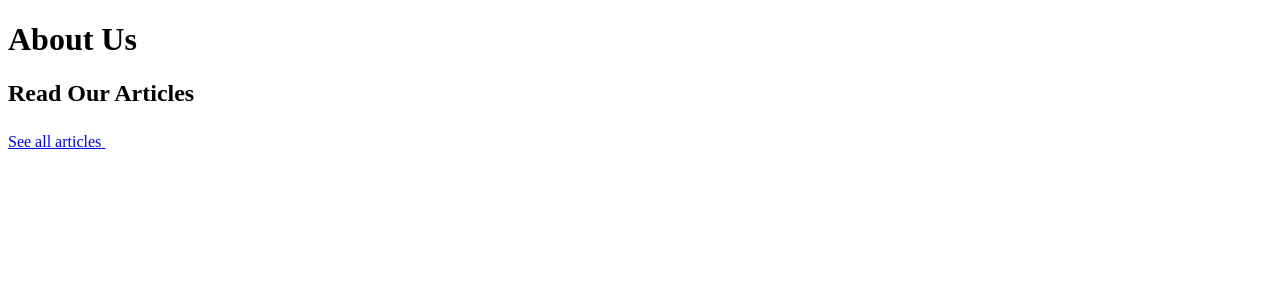
Repository: Meriem-MALKYA/PFA
Page: http://localhost/about/
An editor plug-in stored every save of this project. The page is shown before and after the next save, followed by the edit.
The browser window is 1280 px wide. The pictures show the whole page.
The page is served by the project's application, run on Django 5.2 (project/manage.py). Queries for data that is not in the repository find no rows.

Above is the page before, as saved 2024-06-25 22:22:53.

After the next save:
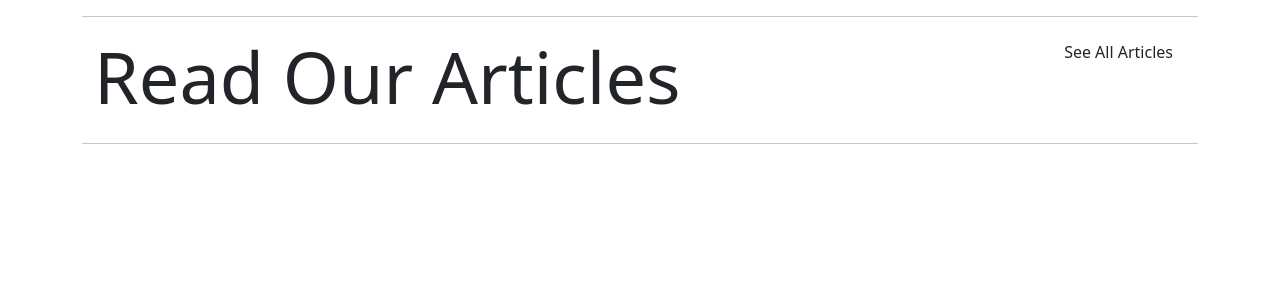
Saved 8 min 48 s later.
--- a/project/templates/about.html
+++ b/project/templates/about.html
@@ -1,47 +1,40 @@
-<!DOCTYPE html>
-<html lang="en">
-<head>
-    <meta charset="UTF-8">
-    <meta name="viewport" content="width=device-width, initial-scale=1.0">
-    <title>About Us</title>
-</head>
-<body>
-    <h1>About Us</h1>
-    <section id="latest-blog" class="padding-large">
-        <div class="container-fluid">
-            <div class="row">
-                <div class="col-md-12">
-                    <div class="display-header d-flex flex-wrap justify-content-between pb-3">
-                        <h2 class="display-2 text-dark text-capitalize">Read Our Articles</h2>
-                        <a href="{% url 'article_list' %}" class="btn btn-medium btn-arrow btn-normal position-relative">
-                            <span class="text-capitalize">See all articles</span>
-                            <svg class="arrow-right position-absolute" width="18" height="20">
-                                <use xlink:href="#arrow-right"></use>
-                            </svg>
-                        </a>
+{% extends 'base.html' %}
+{% block content %}
+<section id="latest-blog" class="padding-large">
+    <div class="container-fluid">
+        <div class="row">
+            <div class="col-md-12">
+                <div class="display-header d-flex flex-wrap justify-content-between pb-3">
+                    <h2 class="display-2 text-dark text-capitalize">Read Our Articles</h2>
+                    <a href="{% url 'article_list' %}" class="btn btn-medium btn-arrow btn-normal position-relative">
+                        <span class="text-capitalize">See all articles</span>
+                        <svg class="arrow-right position-absolute" width="18" height="20">
+                            <use xlink:href="#arrow-right"></use>
+                        </svg>
+                    </a>
+                </div>
+            </div>
+        </div>
+        <div class="row g-3 post-grid">
+            {% for article in articles %}
+            <div class="col-lg-4 col-md-6 col-sm-12 mb-5">
+                <div class="card-item">
+                    <div class="card border-0 bg-transparent">
+                        <div class="card-image">
+                            <img src="{{ article.image.url }}" alt="{{ article.title }}" class="post-image img-fluid">
+                        </div>
+                    </div>
+                    <div class="card-body p-0 mt-4">
+                        <h3 class="card-title text-capitalize">
+                            <a href="{% url 'article_detail' article.id %}">{{ article.title }}</a>
+                        </h3>
+                        <p>{{ article.content|truncatewords:20 }}</p>
+                        <a href="{% url 'article_detail' article.id %}" class="btn btn-normal text-capitalize p-0"><em>Read More</em></a>
                     </div>
                 </div>
             </div>
-            <div class="row g-3 post-grid">
-                {% for article in articles %}
-                <div class="col-lg-4 col-md-6 col-sm-12 mb-5">
-                    <div class="card-item">
-                        <div class="card border-0 bg-transparent">
-                            <div class="card-image">
-                                <img src="{{ article.image.url }}" alt="{{ article.title }}" class="post-image img-fluid">
-                            </div>
-                        </div>
-                        <div class="card-body p-0 mt-4">
-                            <h3 class="card-title text-capitalize">
-                                <a href="#">{{ article.title }}</a>
-                            </h3>
-                            <p>{{ article.content }}</p>
-                        </div>
-                    </div>
-                </div>
-                {% endfor %}
-            </div>
+            {% endfor %}
         </div>
-    </section>
-</body>
-</html>
+    </div>
+</section>
+{% endblock %}
